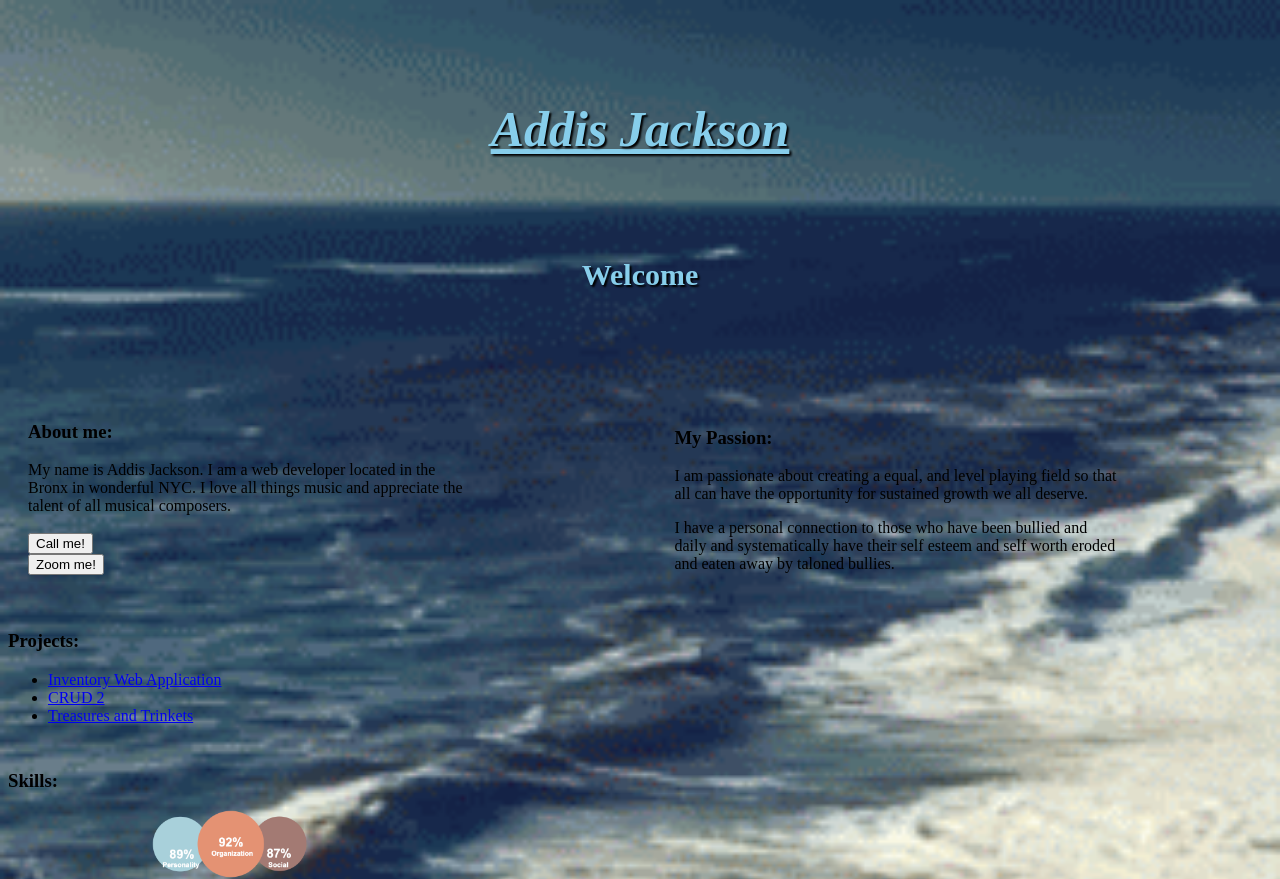
Repository: 10-2-pursuit/lab-design-assets
Page: index.html
The author's editor kept a copy of each file at every save. The page is drawn from the files as they stood at one save, then again after the next save.
The browser window is 1280 px wide. The pictures show the part of the page from y = 0 to 879 px (the page is 1978 px tall before and 1941 px after).
A picture or video elsewhere on the page could not be fetched, so the positions and the page height are approximate.

Above is the page before, as saved 2023-07-16 06:06:31.

### index.html
<!DOCTYPE html>
<html lang="en">
  <head>
    <meta charset="UTF-8" />
    <meta http-equiv="X-UA-Compatible" content="IE=edge" />
    <meta name="viewport" content="width=device-width, initial-scale=1.0" />
    <link rel="stylesheet" href="style.css" />
    <title>MY PORTFOLIO</title>
  </head>
  <body>
    <header>
      <h1>Addis Jackson</h1>
    </header>
    <main>
      <section>
        <h2>Welcome</h2>
        <article for="about" class="about">
          <h3>About me:</h3>
          <p>
            My name is Addis Jackson.
            I am a web developer located in the Bronx in wonderful NYC.
            I love all things music and appreciate the talent of all musical composers.
            <br>
            <br>
            <button for="callMe">Call me!</button>
            <br>
            <button for="zoomMe" href=""https://us06web.zoom.us/j/7717484238">Zoom me!</button>
          </p>
        </article>
        <article for="passion" class="passion">
          <h3>My Passion:</h3>
          <p>I am passionate about creating a equal, and level playing field so that all can have the opportunity for sustained growth we all deserve.</p>
          <p>I have a personal connection to those who have been bullied and daily and systematically have their self esteem and self worth eroded and eaten away by taloned bullies.</p>

        </article>
      </section>
      <section>
        <article class="projects">
          <h3>Projects:</h3>
          <ul>
            <!-- TO DO LINK TO THE THREE LABS OR PROJECTS YOU ARE MOST PROUD OF SO FAR -->
            <li><a href="https://github.com/addisjackson/inventory-web-application">Inventory Web Application</a></li>
            <li><a href="https://github.com/addisjackson/crud2">CRUD 2</a></li>
            <li><a href="https://github.com/addisjackson/Treasures-and-Trinkets-Project-AddisJackson">Treasures and Trinkets</a></li>
          </ul>
        </article>
        <article class="skills">
        <h3>Skills:</h3>
          <img src="./assets/Pasted Graphic 1.png" alt="Skills section"></img>
        </article>
      </section>
    </main>
    <aside>
      <h4>Work Experience</h4>
      <!-- add whatever details you want here -->
      <h4>School</h4>
      <!-- add whatever details you want here -->
    </aside>
    <footer>
      <ul>
        <li>
          <!-- TO DO UPDATE LINKS TO GO TO YOUR PROFILES/EMAIL -->
          <a href="https://www.linkedin.com/addisjackson"
            ><img src="./assets/LinkedIn-Logos/LI-Logo.png" alt=""
          /></a>
        </li>
        <li>
          <a href="https://github.com/addisjackson"
            ><img src="./assets/github-mark/github-mark.png" alt=""
          /></a>
        </li>
        <li>
          <a href="mailto:addisjackson@pursuit.org"
            ><img src="./assets/email-g8e9fd44a3_640.png" alt="Email me"
          /></a>
        </li>
      </ul>
    </footer>
  </body>
</html>

### style.css
body {
    background-image: url("./assets/waves-beach.gif");
    background-repeat: no-repeat;
    background-size: cover;
}

h1 {
    font-size: 50px;
    color: skyblue;
    text-align: center;
    margin-top: 100px;
    margin-bottom: 100px;
    text-shadow: 2px 2px 2px black;
    font-weight: bold;
    font-family: Calibri Light, Calibri,;
    font-style: italic;
    text-decoration: underline;
}

h2 {
    font-size: 30px;
    color: skyblue;
    text-align: center;
    margin-top: 100px;
    margin-bottom: 100px;
    text-shadow: 2px 2px 2px black;
    font-weight: bold;
    font-family: fantasy;
}

article {
    display: inline-block;
}

.about {
    text-align: left;
    margin-top: 10px;
    margin-bottom: 10px;
    margin-left: 20px;
    margin-right: 200px;
    width: 35%
}

.about p {
    word-wrap: width ;
}
.passion p {
    word-wrap: width ;
}

.passion {

    text-align: left;
    margin-top: 10px;
    margin-bottom: 10px;
    margin-right: 20px;
    width: 35%
}

.projects .skills {
    display: inline-block;
}

.projects  {    text-align: left;
    margin-top: 10px;
    margin-bottom: 10px;
    margin-right: 1opx;
    width: 35%;
}

.skills {
    display: block;
    text-align: left;
    margin-top: 10px;
    margin-bottom: 10px;
    margin-right: 20px;
    width: 35%;
}

Img {
    display: block;
    margin-left: auto;
    margin-right: auto;
    width: 35%;
    height: auto;
    margin-top: 10px;
    margin-bottom: 10px;
    margin-right: 20px;
}

footer, img {
    display: block;
    margin-left: auto;
    margin-right: auto;
    height: 25%;
}

After the next save:
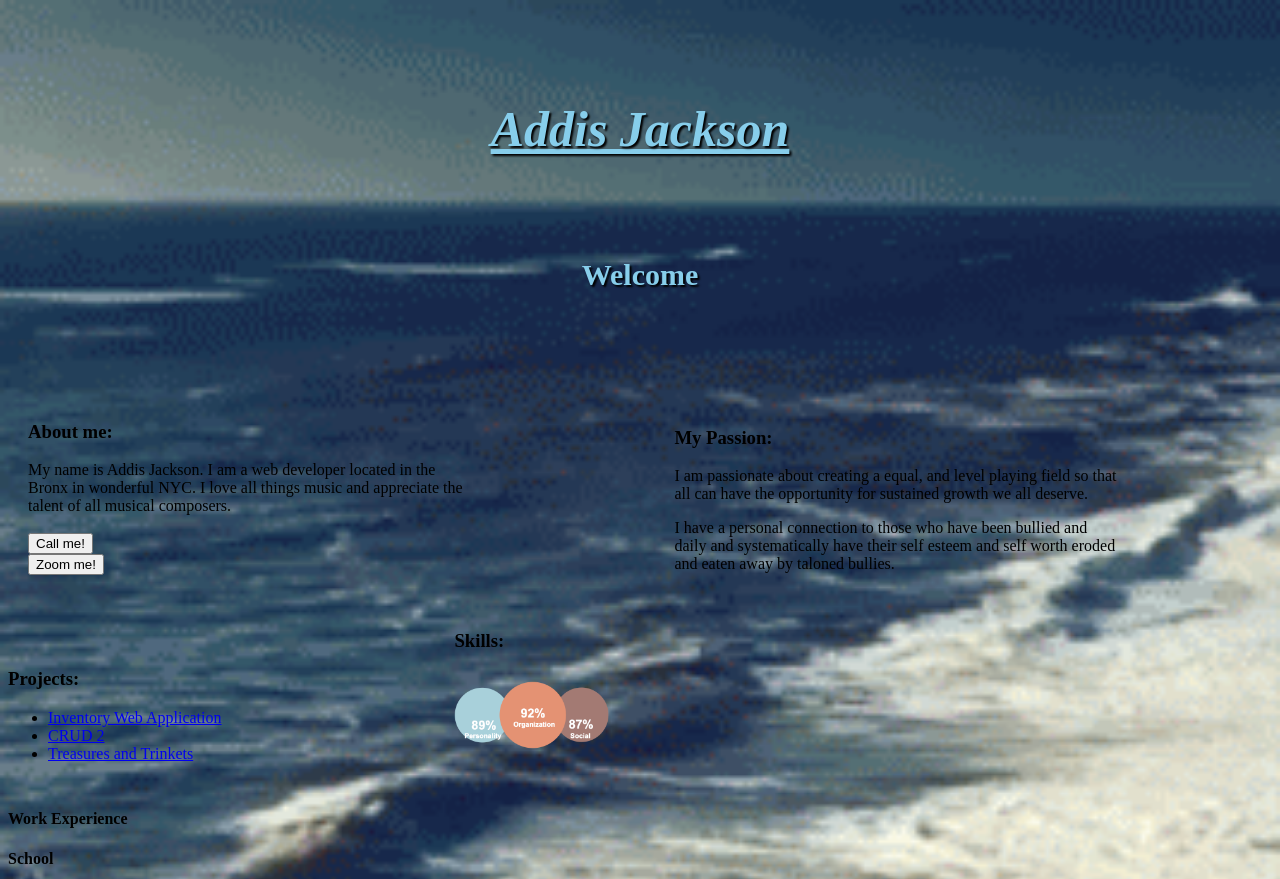
Saved 8 min 58 s later.
--- a/style.css
+++ b/style.css
@@ -49,7 +49,6 @@ article {
 }
 
 .passion {
-
     text-align: left;
     margin-top: 10px;
     margin-bottom: 10px;
@@ -61,7 +60,8 @@ article {
     display: inline-block;
 }
 
-.projects  {    text-align: left;
+.projects {
+    text-align: left;
     margin-top: 10px;
     margin-bottom: 10px;
     margin-right: 1opx;
@@ -69,7 +69,6 @@ article {
 }
 
 .skills {
-    display: block;
     text-align: left;
     margin-top: 10px;
     margin-bottom: 10px;
@@ -78,7 +77,6 @@ article {
 }
 
 Img {
-    display: block;
     margin-left: auto;
     margin-right: auto;
     width: 35%;
@@ -89,7 +87,6 @@ Img {
 }
 
 footer, img {
-    display: block;
     margin-left: auto;
     margin-right: auto;
     height: 25%;
